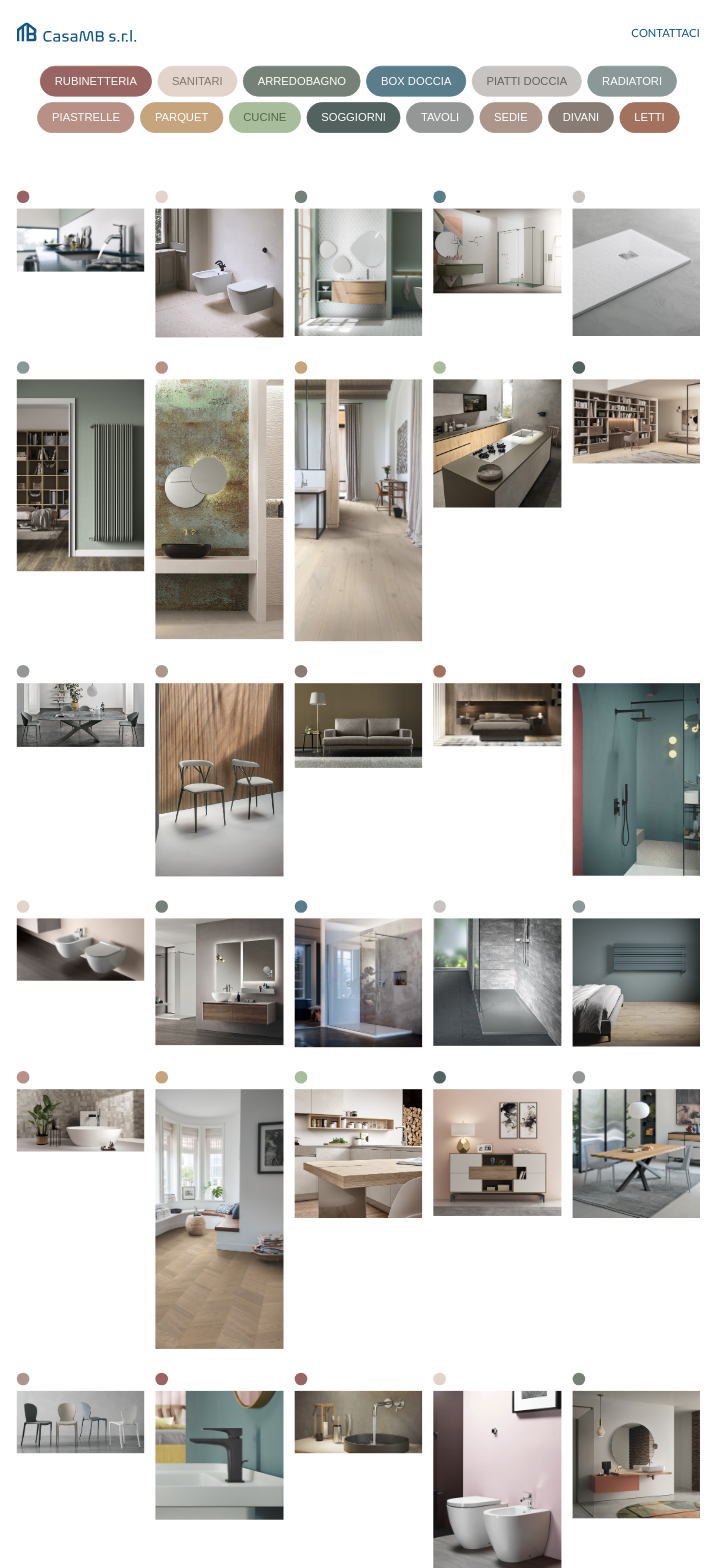
Repository: nicolorz/casamb
Page: /
These files come from the project's save history. The page is drawn as it stood at one moment and after the next save; the edit follows.
The browser window is 1024 px wide. The pictures show the part of the page from y = 0 to 2240 px (the page is 4152 px tall before and 5888 px after), at 70% of full size.
The project was rebuilt for these pictures with package versions that can differ from the ones it lists, and the page was loaded fresh each time. Also part of the build but not shown: src/index.css, src/App.css, src/components/FormContacts/FormContacts.css, src/components/FormContacts/formContacts.js, src/components/MapContacts/MapContacts.js, src/Contatti.js, src/ErrorPage.js.

Above is the page before, as saved 2023-07-27 23:56:39.

### public/index.html
<!DOCTYPE html>
<html lang="en">
  <head>
    <meta charset="utf-8" />
    <link rel="icon" href="%PUBLIC_URL%/favicon.ico" />
    <meta name="viewport" content="width=device-width, initial-scale=1" />
    <meta name="theme-color" content="#000000" />
    <meta
      name="description"
      content="Web site created using create-react-app"
    />
    <link rel="apple-touch-icon" href="%PUBLIC_URL%/logo192.png" />
    <link rel="stylesheet" href="https://unpkg.com/leaflet@1.9.4/dist/leaflet.css" integrity="sha256-p4NxAoJBhIIN+hmNHrzRCf9tD/miZyoHS5obTRR9BMY="
    crossorigin=""/>
    <!--
      manifest.json provides metadata used when your web app is installed on a
      user's mobile device or desktop. See https://developers.google.com/web/fundamentals/web-app-manifest/
    -->
    <link rel="manifest" href="%PUBLIC_URL%/manifest.json" />
    <!--
      Notice the use of %PUBLIC_URL% in the tags above.
      It will be replaced with the URL of the `public` folder during the build.
      Only files inside the `public` folder can be referenced from the HTML.

      Unlike "/favicon.ico" or "favicon.ico", "%PUBLIC_URL%/favicon.ico" will
      work correctly both with client-side routing and a non-root public URL.
      Learn how to configure a non-root public URL by running `npm run build`.
    -->
    <title>React App</title>
  </head>
  <body>
    <noscript>You need to enable JavaScript to run this app.</noscript>
    <div id="root"></div>
    <!--
      This HTML file is a template.
      If you open it directly in the browser, you will see an empty page.

      You can add webfonts, meta tags, or analytics to this file.
      The build step will place the bundled scripts into the <body> tag.

      To begin the development, run `npm start` or `yarn start`.
      To create a production bundle, use `npm run build` or `yarn build`.
    -->
  </body>
</html>

### src/index.js
import React from 'react';
import ReactDOM from 'react-dom/client';
import {
  createBrowserRouter,
  RouterProvider,
} from "react-router-dom";
import './index.css';
import './assets/css/reset.css'
import './assets/css/style.css'
import App from './App';
import reportWebVitals from './reportWebVitals';
import Contatti from './Contatti';
import ErrorPage from './ErrorPage';

const router = createBrowserRouter([
  {
    path: "/",
    element: <App />,
    errorElement: <ErrorPage />,
  },
  {
    path: "/contatti",
    element: <Contatti />
  }
]);

const root = ReactDOM.createRoot(document.getElementById('root'));
root.render(
  <React.StrictMode>
     <RouterProvider router={router} />
  </React.StrictMode>
);

// If you want to start measuring performance in your app, pass a function
// to log results (for example: reportWebVitals(console.log))
// or send to an analytics endpoint. Learn more: https://bit.ly/CRA-vitals
reportWebVitals();

### src/assets/css/style.css
@import url('https://fonts.googleapis.com/css2?family=Lato:ital,wght@0,300;0,400;0,700;1,300;1,400;1,700&display=swap');

html, body {
  margin: 0;
  padding: 0;
  font-size: 16px;
  font-family: 'Lato', sans-serif;
}

.main-wrapper {
  width: 100vw;
  background-color: #fff;
  padding: 0 24px 10rem 24px;
  box-sizing: border-box;
}


a {
  position: relative;
}

a:link, a:visited {
  color: #105689;
  text-decoration: none;
}

a:hover, a:active {
  color: #105689;
  text-decoration: none;
}


a:not(.nav-logo)::before {
  content: "";
  position: absolute;
  display: block;
  width: 100%;
  height: 2px;
  bottom: -4px;
  left: 0;
  background-color: #105689;
  opacity: 0.8;
  transform: scaleX(0);
  transform-origin: top left;
  transition: transform 0.2s ease;
  -webkit-transition: transform 0.2s ease;
  -moz-transition: transform 0.2s ease;
  -ms-transition: transform 0.2s ease;
  -o-transition: transform 0.2s ease;
}

a:hover::before {
  transform: scaleX(1);
}

### src/App.js
import './App.css';
import Page from './Page';


function App() {
  return <Page />;
}

export default App;

### src/Page.js
import { useState } from 'react';
import { CardWrapper } from './components/CardWrapper/CardWrapper';
import { Header } from './components/HeaderWrapper/HeaderWrapper';
import { sortingButtons } from './statics/statics';


function Page() {
  const [clickedButtons, setClickedButtons] = useState(sortingButtons.map((el) => el.tag));

  function handleClick(tag, buttonState) {
    const cb = buttonState ? [...clickedButtons, tag] : clickedButtons.filter((el) => el !== tag);
    setClickedButtons(cb);
  }

  return (
    <div className="main-wrapper">
      <Header onClick={handleClick} />
      <CardWrapper clickedButtons={clickedButtons}/>
    </div>
  );
}

export default Page;

### src/components/HeaderWrapper/HeaderTop.js
import { NavLink } from 'react-router-dom';
import logo from './logo-casaMB.svg';

export const HeaderTop = () => {
    return <div className="header-top">
        <div className="header-top_logo">
            <a className="nav-logo" href="." target="_self">
                <img src={logo} alt="logo" />
            </a>
        </div>


        <NavLink
        to="/contatti"
        >
        CONTATTACI
        </NavLink>
    </div>
}

### src/components/CardWrapper/CardWrapper.js
import './CardWrapper.css'
import { CardItem } from './CardItem';
import { useState, useEffect } from 'react';
import { images } from "../../statics/statics";

export const CardWrapper = ({clickedButtons}) => {

    const [visibleImages, setVisibleImages] = useState(images);

    useEffect(() => {
        setVisibleImages(images.filter((img) => clickedButtons.includes(img.tag)));
    }, [clickedButtons]);

    const [headerHeight, setHeaderHeight] = useState(0);
    useEffect(() => {
        const handler = () => {
            let m = 96;

            if(window.innerWidth >= 1240) {
                m = 96;
            } else if (window.innerWidth >= 996) {
                m = 96;
            } else if (window.innerWidth >= 768) {
                m = 96;
            }

            const el = document.getElementById("header");
            setHeaderHeight(el.offsetHeight + m);
        }
        window.addEventListener('resize', handler);
        handler();

        return () => {
            window.removeEventListener('resize', handler);
        }
    }, [])

    return (
        <div className="card-wrapper" style={{marginTop: headerHeight}}>
            {visibleImages.map((img) => {
                return (
                    <CardItem
                    key={img.source}
                    card={img}
                 />
                )
            })}
        </div>
    )
};

### src/components/HeaderWrapper/HeaderWrapper.js
import './Header.css'
import { HeaderBottom } from './HeaderBottom'
import { HeaderTop } from './HeaderTop'

export const Header = ({onClick}) => (
    <div id="header" className="header">
        <HeaderTop />
        <HeaderBottom onClick={onClick} />
    </div>
)

### src/components/CardWrapper/CardWrapper.css
.card-wrapper {
    width: 100%;
    display: grid;
    grid-template-columns: repeat(5, 1fr);
    row-gap: 2rem;
    column-gap: 1rem;
}

@media only screen and (max-width: 1200px) {
    .card-wrapper {
        width: 100%;
        display: grid;
        grid-template-columns: repeat(5, 1fr);
        row-gap: 2rem;
        column-gap: 1rem;
    }
}

### src/components/CardWrapper/CardItem.js
import { colorCodes } from '../../statics/statics'
import './CardItem.css'

export const CardItem = ({card}) => {
    return (
        <div className="card-item">
            <div
                className="cat"
                style={{backgroundColor: colorCodes[card.tag]}}
            />
            <img src={card.source} alt={card.info} />
        </div>
    )
}

### src/components/HeaderWrapper/Header.css
.header {
    width: 100%;
    padding: 0 24px;
    box-sizing: border-box;
    position: fixed;
    top: 0;
    left: 0;
}

.header-top {
    width: 100%;
    display: flex;
    flex-flow: row nowrap;
    justify-content: space-between;
    align-items: center;
}

.header-top_logo {
    padding: 2rem 0;
}

.header-bottom {
    width: 100%;
    display: flex;
    flex-flow: column nowrap;
    align-items: center;
}

.sorting-area {
    max-width: 996px;
    display: flex;
    flex-flow: row wrap;
    justify-content: center;
    gap: 0.5rem;
}

### src/components/HeaderWrapper/HeaderBottom.js
import { sortingButtons } from "../../statics/statics";
import { SortingBtn } from "../SortingBtn/Sortingbtn"


export const HeaderBottom = ({onClick}) =>  (
    <div className="header-bottom">
        <div className="sorting-area">
            {sortingButtons.map((el) => {
                return (
                    <SortingBtn key={el.tag} button={el} onClick={onClick} />
                )
            })}
        </div>
    </div>
)

### src/components/CardWrapper/CardItem.css
.card-item {
    width: 100%;
}

.card-item > .cat {
    width: 18px;
    height: 18px;
    background-color: #986562;
    border-radius: 50%;
    -webkit-border-radius: 50%;
    -moz-border-radius: 50%;
    -ms-border-radius: 50%;
    -o-border-radius: 50%;
}

.card-item > img {
    width: 100%;
    margin-top: 0.5rem;
}

### src/components/SortingBtn/Sortingbtn.js
import './Sortingbtn.css'
import { colorCodes } from '../../statics/statics';
import { useState } from 'react';

export const SortingBtn = ({button, onClick}) => {
    const [active, setActive] = useState(true);
    function handleClick() {
        const a = !active;
        setActive(a);
        onClick(button.tag, a);
    }

    return (
        <button
        className="sorting-btn"
        style={{
            backgroundColor: active ? colorCodes[button.tag] : '#fff',
            color: active ? (button.textColor ?? '#fff') : (button.textColor ?? colorCodes[button.tag]),
            border: `1px solid ${colorCodes[button.tag]}`
        }}
        onClick={handleClick}
        >
            {button.label.toUpperCase()}
        </button>
    )
};

### src/components/SortingBtn/Sortingbtn.css
.sorting-btn {
    background-color: #62A1FF;
    color: #fff;
    padding: 12px 20px;
    border: none;
    border-radius: 50px;
    -webkit-border-radius: 50px;
    -moz-border-radius: 50px;
    -ms-border-radius: 50px;
    -o-border-radius: 50px;
    font-size: 16px;
    cursor: pointer;
    transition: all 0.2s;
    -webkit-transition: all 0.2s;
    -moz-transition: all 0.2s;
    -ms-transition: all 0.2s;
    -o-transition: all 0.2s;
}

/* .sorting-btn:hover {
    background-color: #4B84DA !important;
} */

Loaded but not shown: src/assets/css/reset.css (common file); src/reportWebVitals.js (common file); src/statics/statics.js (601 lines, source omitted)

After the next save:
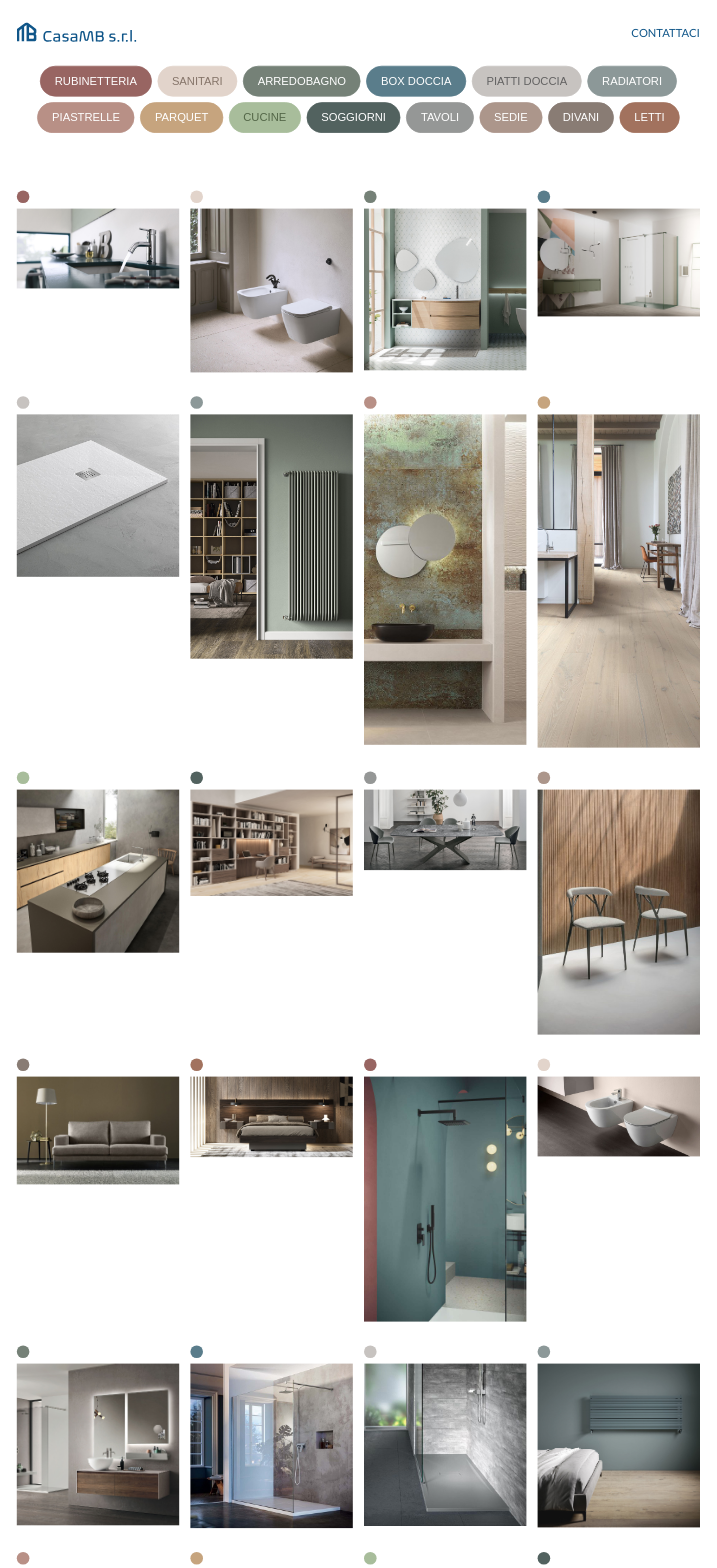
Saved 16 s later.
--- a/src/components/CardWrapper/CardWrapper.css
+++ b/src/components/CardWrapper/CardWrapper.css
@@ -8,9 +8,7 @@
 
 @media only screen and (max-width: 1200px) {
     .card-wrapper {
-        width: 100%;
-        display: grid;
-        grid-template-columns: repeat(5, 1fr);
+        grid-template-columns: repeat(4, 1fr);
         row-gap: 2rem;
         column-gap: 1rem;
     }
